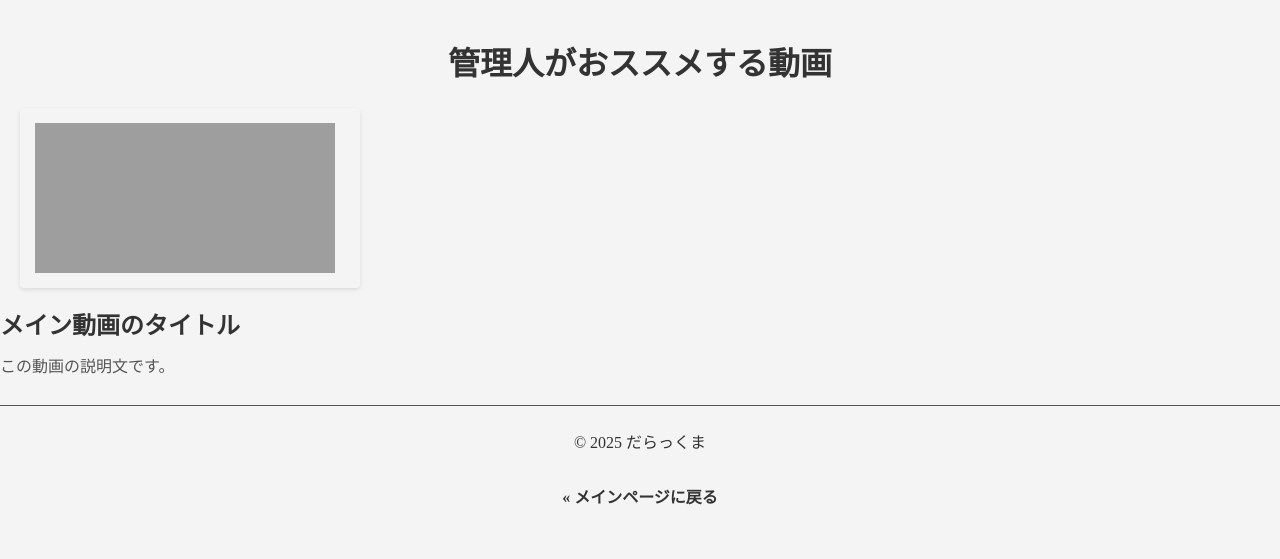
Repository: rydeen7907/html
Page: movie_link.html
An editor plug-in stored every save of this project. The page is shown before and after the next save, followed by the edit.
The browser window is 1280 px wide. The pictures show the whole page.
Pictures or frames that could not be fetched are drawn as grey boxes.

Above is the page before, as saved 2025-04-29 18:18:53.

### movie_link.html
<!DOCTYPE html>
<html lang="ja">
<head>
    <meta charset="UTF-8">
    <meta name="viewport" content="width=device-width, initial-scale=1.0">
    <title>運営者お気に入りの動画リンク</title>
    <link rel="stylesheet" href="style.css">
</head>
<body>

<header>
    <h1>管理人がおススメする動画</h1>
</header>

<div class="video-item">
    <iframe src="https://www.youtube.com/embed/VIDEO_ID" title="YouTube video player" frameborder="0" allow="accelerometer; autoplay; clipboard-write; encrypted-media; gyroscope; picture-in-picture; web-share" allowfullscreen></iframe>
</div>

<div class="video-info">
    <h3 class="video-title">メイン動画のタイトル</h3>
    <div class="video-description">この動画の説明文です。</div>
</div>

<footer class="social-links">
    <p>&copy; 2025 だらっくま</p>
    <a href="index.html">&laquo; メインページに戻る</a>
</footer>

</body>
</html>

### style.css
/* 基本スタイル */
:root {
    /* 色の設定 */
    --text-color-dark: #333; /*  */
    --text-color-light: #555; /*  */
    --background-color: #f4f4f4; /*  */
    --background-color-scroll: aqua; /*  */
    --link-color: #333; /* リンクの色 */
    --link-color-hover: #ff8000; /* ホバー時のリンク色 */

/* タイポグラフィ */
    --font-family: Arial, sans-serif; /* フォントファミリー */
    --line-height-base: 1.5; /* 行間を調整 (例：1.5倍 px,%,emでも可能) */
    --font-size-small: 12px; /* フォントサイズを小さく */
    --font-size-base: 16px; /* 基本フォントサイズ */
    --font-size-large: 24px; /* 大きなフォントサイズ */
    --font-size-xlarge: 32px; /* 特大フォントサイズ */

/* 余白 */
    --margin-xs: 5px; /* 小さなマージン */
    --margin-s: 10px; /* 基本マージン */
    --margin-m: 15px; /* 中くらいのマージン */
    --margin-l: 20px; /* 大きなマージン */
    --margin-xl: 25px; /* 特大マージン */
    --margin-xxl: 40px; /* 特特大マージン */
    --margin-xxxl: 50px; /* 特特特大マージン */
}

body {
    margin: 0; /* ブラウザデフォルトのマージンをリセット */
    padding: 0; /* ブラウザデフォルトのパディングをリセット */
    padding-bottom: var(--margin-xxxl); /* ページ下部のパディングを追加 */
    font-family: var(--font-size-base);
    line-height: var(--line-height-base); /* 行間を読みやすく調整 (例：2.0倍 px,%,emでも可能) */
    color: var(--text-color-dark); /* 文字色を濃いグレーに設定 */
    background-color: var(--background-color); /* 背景色を薄いグレーに設定 */
}

/* ヘッダー */
.header-image {
    display: block; /* 中央配置のためブロック要素に */
    width: 100%;
    /* max-width: auto; は width: 100%; があれば不要 */
    height: 400px;
    margin: 0 auto; /* 上下のマージンは０、左右は自動で中央揃え */
    object-fit: cover; /* 画像のアスペクト比を維持、要素に合わせる */
}

/* 画像の説明文 */
.image-caption {
    padding-top: var(--margin-xs); /* 上部のパディングを追加 */
    padding-bottom: var(--margin-xs); /* 下部のパディングを追加 */
    padding-left: var(--margin-m);    /* 左側のパディングを追加 */
    padding-right: var(--margin-m); /* 右側のパディングを追加 */

    margin-top: var(--margin-xs); /* 上部のマージンを追加 */
    margin-bottom: var(--margin-xl); /* 下部のマージンを追加 */
    font-size: var(--font-size-small); /* フォントサイズを小さく */
    color: var(--text-color-light); /* 文字色を薄いグレーに */
    text-align: right; /* 右寄せ */
}

/* 画像キャプション内のリンク */
.image-caption a {
    color: inherit; /* リンクの色 */
    text-align: right;
    text-decoration: none; /* 下線を削除 */
}

.image-caption a:hover,
.image-caption a:focus {
    color: var(--link-color-hover); /* ホバー時のリンク色 */
    text-decoration: underline; /* 下線を追加 */
}

/* スクロールテキストコンテナ */
.scrolling-text-container {
    width: 100%; /* 幅 */
    height: 55px; /* 高さ */
    margin-bottom: var(--margin-xxl); /* 下部のマージンを追加 */
    padding-top: var(--margin-xs); /* 上部のパディングを追加 */
    padding-bottom: var(--margin-s); /* 下部のパディングを追加 */
    box-sizing: border-box; /* パディングとボーダーを含めたサイズ計算 */
    background-color: var(--background-color-scroll); /* 背景色をアクアに設定 */
    overflow: hidden; /* はみ出た部分を隠す */
}

/* スクロールテキスト */
.scrolling-text {
    display: inline-block; /* インラインブロック要素に設定 */
    margin: 0; /* コンテナ内でのマージンを削除 */
    padding-left: 100%; /* 開始位置を右側に設定 */
    font-size: var(--font-size-large); /* フォントサイズ */
    font-weight: bold; /* 太字に設定 */
    color: var(--text-color-dark); /* 文字色を濃いグレーに */
    white-space: nowrap; /* 折り返し禁止 */
    animation: scroll-left 25s linear infinite; /* アニメーションを適用 */
}

/* スクロールアニメーションの定義 */
@keyframes scroll-left {
    0% {
        transform: translateX(0); /* 開始位置 */
    }
    100% {
        /* テキスト自身の幅だけ左に移動させる */
        transform: translateX(-150%);
    }
}

/* メインコンテンツ */
h1 {
    margin: var(--margin-xxl) 0 var(--margin-l); /* 上下のマージンを追加 */
    font-size: var(--font-size-xlarge); /* フォントサイズ */
    font-weight: bold; /* 太字に設定 */
    text-align: center; /* 中央配置 */
    color: var(--text-color-dark); /* 文字色を濃いグレーに */
}

main h2 {
    margin-left: var(--margin-m); /* 左側のマージンを追加 */
    text-align: left; /* 左寄せ */
}

/* リンクリストのスタイル */
main .link-list {
    list-style: none;
    padding-left: 0;
    margin-left: var(--margin-s);
    text-align: left;
}

/* リストアイテム下の余白 */
main .link-list li {
    margin-bottom: var(--margin-xs); /* 各リンク間 縦方向の余白 */
}

/* 段落 p */
p {
    margin: var(--margin-m) 0 ; /* 上下のマージンを追加 */
    padding-bottom: var(--margin-s);
    text-align: center; /* 中央配置 */
    font-size: var(--font-size-base); /* フォントサイズ */
}

main p{
    margin-left: var(--margin-xxxl); /* 左側のマージンを追加 */
    text-align: left; /* 左寄せ */
    font-size: var(--font-size-base); /* フォントサイズ */
}

/* ページナビゲーション(横並び) */
.page-navigation {
    text-align: center; /* 中央配置 */
    margin-top: var(--margin-l);
    margin-bottom: var(--margin-l);
}

.page-navigation a {
    display: inline-block; /* インラインブロック要素に設定 */
    margin: 0 var(--margin-s); /* 左右のマージンを追加 */
    font-size: var(--font-size-base); /* フォントサイズ */
    font-weight: bold; /* 太字に設定 */
    /* text-align: center; /* 中央配置 */
    text-decoration: none; /* 下線を削除 */
    transition: color 0.3s; /* ホバー時の色変更にトランジションを追加 */
}

/* ホバー時のスタイル */
.page-navigation a:hover,
.page-navigation a:focus {
    color: var(--link-color-hover); /* ホバー時の文字色をオレンジに変更 */
    text-decoration: underline; /* 下線を追加 */
}

/* リンク a */
a {
    display: block;
    color: var(--link-color); /* 文字色を赤に */
    margin: var(--margin-s) auto; /* 上部のマージンを追加 */
    font-size: var(--font-size-base); /* フォントサイズ */
    font-weight: bold; /* 太字に設定 */
    text-align: left;
    text-decoration: none; /* 下線を削除 */
    transition: color 0.3s; /* ホバー時の色変更にトランジションを追加 */
}

/* ホバー時のスタイル */
a:hover,
a:focus { /* ホバーとフォーカス時に適用するスタイル */
    color: var(--link-color-hover); /* ホバー時の文字色をオレンジに変更 */
    text-decoration: underline; /* 下線を追加 */
}

/* SNS リンク */
.social-links {
    text-align: center;
    margin: var(--margin-xl) 0; /* 上下のマージンを追加 */
    padding-bottom: var(--margin-s); /* 上下のパディングを追加 */
    border-top: 1px solid var(--text-color-light); /* 上部に薄いグレーのボーダーを追加 */
    padding-top: var(--margin-s); /* 上部のパディングを追加 */
}

.social-links h2 {
    font-size: var(--font-size-base); /* フォントサイズ */
    color: var(--text-color-dark); /* 文字色を濃いグレーに */
    margin: var(--margin-s) 0; /* 上下のマージンを追加 */
    font-weight: normal; /* 太字に設定 */
}

.social-links ul {
    list-style: none; /* リストのマークを削除 */
    padding: 0; /* パディングを削除 */
    margin: 0; /* マージンを削除 */
}

.social-links li {
    display: inline-block; /* 横並び */
    margin: 0 var(--margin-s); /* 左右のマージンを追加 */
}

/* SNSリンク 固有のスタイル */
.social-links a {
    display: inline-block; /* クリック範囲を確保 */
    line-height: 1; /* 画像のベースラインを揃えるのに役立つ */
    /* color: var(--link-color); /* リンクの色 */
    text-decoration: none; /* 下線を削除 */
    /*font-size: var(--font-size-base); /* フォントサイズ */
    transition: opacity 0.5s; /* ホバー時の透明度変更 (テキスト：color 0.3s)*/
}

.social-icon {
    width: 48px; /* アイコンの幅 */
    height: 48px; /* アイコンの高さ */
    vertical-align: middle; /* 他のアイコンと並んだ場合の垂直配置を中央に */
    /*object-fit: cover; /* 画像のアスペクト比を維持、要素に合わせる */
}

/* ホバー時のスタイル */
.social-links a:hover,
.social-links a:focus {
    /* color: var(--link-color-hover); /* ホバー時の文字色をオレンジに変更 */
    /* text-decoration: underline; /* 下線を追加 */
    opacity: 0.7; /* ホバー時の透明度を変更 */
}

/* 動画コンテナのスタイル*/
.video-item {
    display: flex;
    align-items: flex-start;
    gap: 15px;
    margin: 20px; /* 上下左右のマージン 左右はautoで中央寄せ */
    max-width: 310px;
    padding: 15px; /* 内側の余白 */
    background-color: var(--background-color); /* 背景色を薄いグレーに設定 */
    border-radius: 4px; /* 角を丸める*/
    box-shadow: 0 2px 4px rgba(0, 0, 0, 0.1); /* 影を追加 */
}

/* 動画フレームのスタイル */
.video-frame {
    width: 100%; /* 動画フレームの幅 */
    flex-shrink: 0;
}

/* iframeのスタイル */
.video-flame iframe {
    width: 100%; /* .video-frame の幅に合わせる*/
    aspect-ratio: 16 / 9;
    display: block;
    border: none;
    border-radius: 5px;
}

.video-info{
    flex-grow: 1; /* 残りのスペースを占有 */
    text-align: left; /* 左寄せ */
}

/* 動画情報のスタイル */
/*.video-title .video-description {
    flex-grow: 1;
    text-align: left;
} */

/* 動画タイトルのスタイル*/
.video-title {
    margin-top: 0;
    margin-bottom: 10px;
    font-size: 24px;
    font-weight: bold;
}

/* 動画説明文 */
.video-description {
    color: #555;
    font-size: 16px;
    line-height: 1.6;
}

/* レスポンシブ対応 */
@media (max-width: 480px) {
    .video-item {
        flex-direction: column;
        align-items: stretch;
        max-width: 100%;
        margin: 20px auto;
        padding: 15px;
        gap: 10px;
    }

    .video-frame {
        width: 100%;
        flex-shrink: initial;
    }

    .video-title {
        font-size: 16px;
    }

    .video-description {
        font-size: 14px;
    }
}

After the next save:
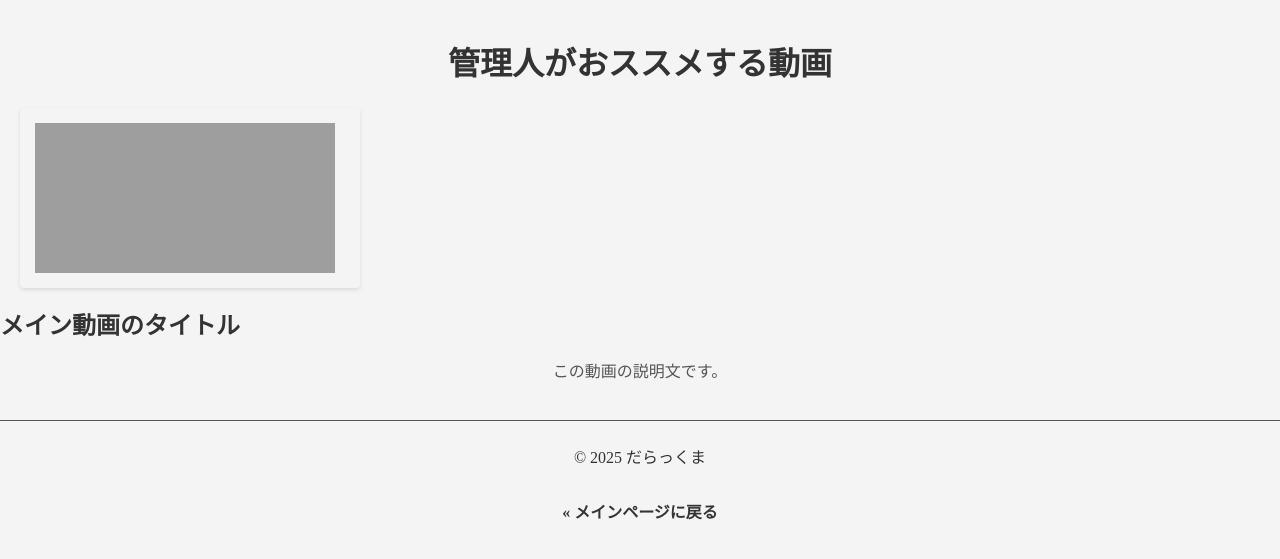
Saved 8 s later.
--- a/movie_link.html
+++ b/movie_link.html
@@ -18,7 +18,7 @@
 
 <div class="video-info">
     <h3 class="video-title">メイン動画のタイトル</h3>
-    <div class="video-description">この動画の説明文です。</div>
+    <p class="video-description">この動画の説明文です。</div>
 </div>
 
 <footer class="social-links">
